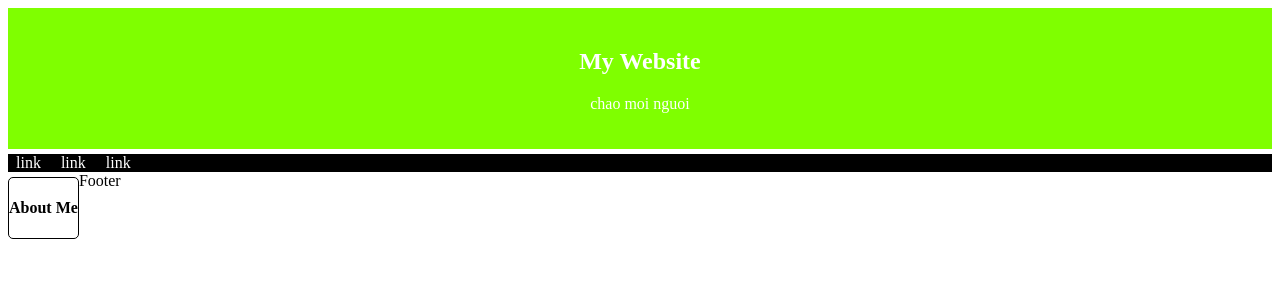
Repository: Lehuyhuynh/BTH2-CSS
Page: BTH2/index,.html
These files come from the project's save history. The page is drawn as it stood at one moment and after the next save; the edit follows.
The browser window is 1280 px wide. The pictures show the whole page.

Above is the page before, as saved 2023-08-11 10:51:47.

After the next save:
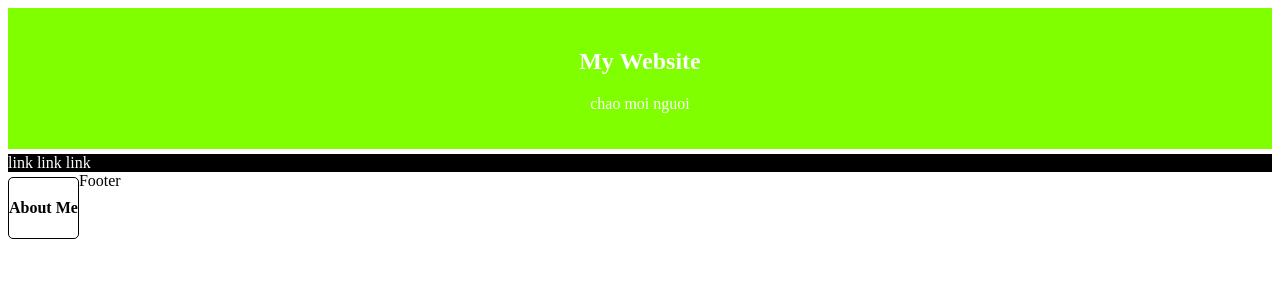
Saved 18 s later.
--- a/BTH2/style.css
+++ b/BTH2/style.css
@@ -20,7 +20,7 @@
 }
 .head-link p{
   display: inline;
-  margin: 8px;
+  margin: px;
 }
 .left{
   border: 1px solid ;

After the save that followed:
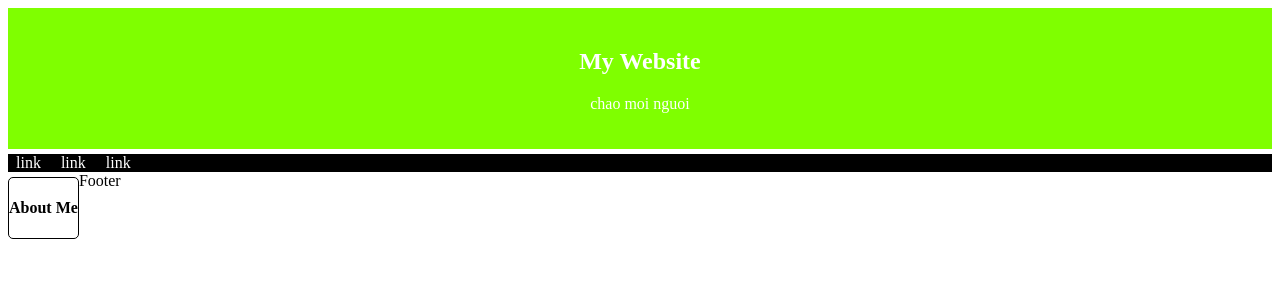
Saved 4 s later.
--- a/BTH2/style.css
+++ b/BTH2/style.css
@@ -20,7 +20,7 @@
 }
 .head-link p{
   display: inline;
-  margin: px;
+  margin: 8px;
 }
 .left{
   border: 1px solid ;
